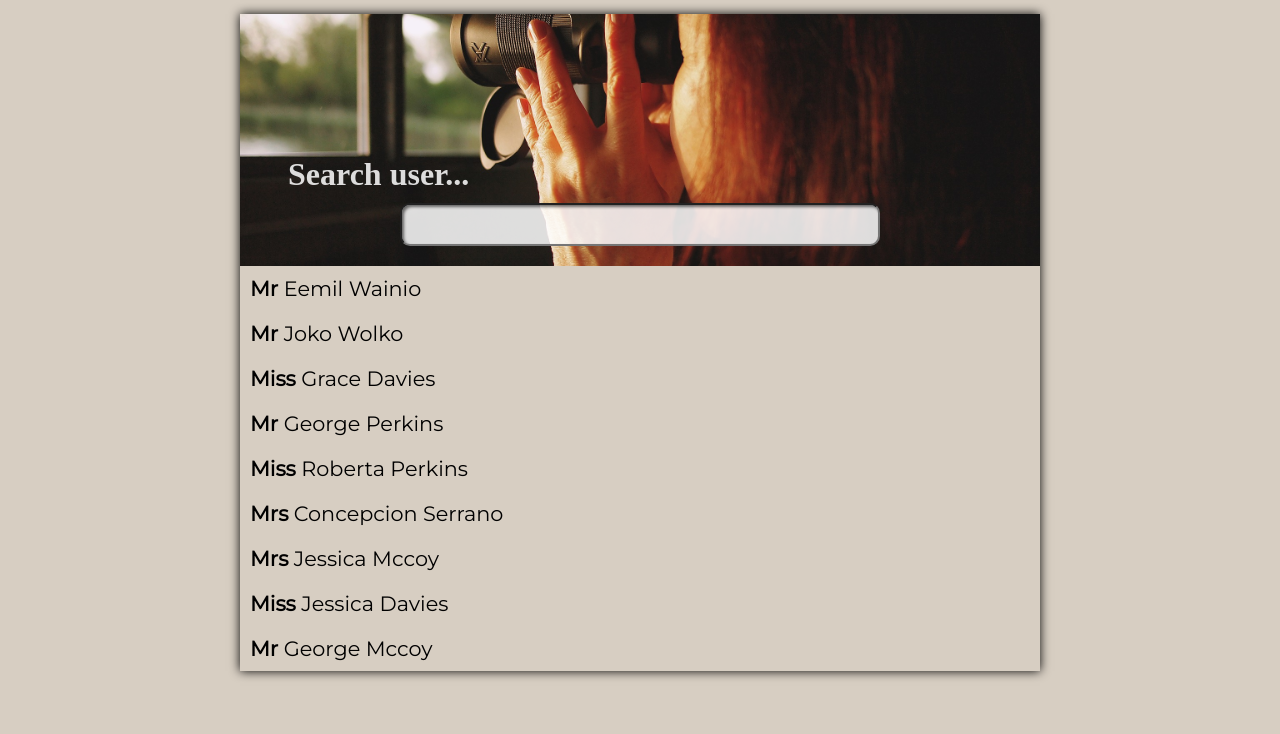
Repository: KrzysKolo/sr_tydzien5_zad4
Page: /
These files come from the project's save history. The page is drawn as it stood at one moment and after the next save; the edit follows.
The browser window is 1280 px wide. The pictures show the whole page.
Some web fonts or font styles are not loaded; a fallback is used. The project was rebuilt for these pictures with package versions that can differ from the ones it lists, and the page was loaded fresh each time.

Above is the page before, as saved 2021-01-03 06:22:44.

### public/index.html
<!DOCTYPE html>
<html lang="en">
  <head>
    <meta charset="utf-8" />
    <link rel="icon" href="%PUBLIC_URL%/favicon.ico" />
    <meta name="viewport" content="width=device-width, initial-scale=1" />
    <meta name="theme-color" content="#000000" />
    <meta
      name="description"
      content="Web site created using create-react-app"
    />
    <link rel="apple-touch-icon" href="%PUBLIC_URL%/logo192.png" />
    <!--
      manifest.json provides metadata used when your web app is installed on a
      user's mobile device or desktop. See https://developers.google.com/web/fundamentals/web-app-manifest/
    -->
    <link rel="manifest" href="%PUBLIC_URL%/manifest.json" />
    <!--
      Notice the use of %PUBLIC_URL% in the tags above.
      It will be replaced with the URL of the `public` folder during the build.
      Only files inside the `public` folder can be referenced from the HTML.

      Unlike "/favicon.ico" or "favicon.ico", "%PUBLIC_URL%/favicon.ico" will
      work correctly both with client-side routing and a non-root public URL.
      Learn how to configure a non-root public URL by running `npm run build`.
    -->
    <link rel="preconnect" href="https://fonts.gstatic.com">
<link href="https://fonts.googleapis.com/css2?family=Finger+Paint&family=Montserrat&family=Over+the+Rainbow&family=Peralta&display=swap" rel="stylesheet">
    <title>User search</title>
  </head>
  <body>
    <noscript>You need to enable JavaScript to run this app.</noscript>
    <div id="root"></div>
    <!--
      This HTML file is a template.
      If you open it directly in the browser, you will see an empty page.

      You can add webfonts, meta tags, or analytics to this file.
      The build step will place the bundled scripts into the <body> tag.

      To begin the development, run `npm start` or `yarn start`.
      To create a production bundle, use `npm run build` or `yarn build`.
    -->
  </body>
</html>

### src/App.js
import React from 'react';
import UsersContainer from './components/UsersContainer';
import Header from './components/Header';
import './App.css';


const App = () => {

  return (
    <section>
      <Header />
      <UsersContainer/>
    </section>
  )
}

export default App;

### src/components/UsersContainer.js
import React, { useState, useEffect } from 'react';


const UsersContainer = () => {

  const UsersAPI = '/users.json';

  const [ users, setUsers ] = useState([]);

  useEffect(() => {

    fetch(UsersAPI)
      .then(res => res.json())
      .then(data => {
        console.log(data.users);
        setUsers(data.users);
      })
    }, []);

    const user = users.map(user => (
      <li className="user" key={user.id}><b>{user.title}</b> {user.first} {user.last}</li>
    ))
    return (
        <ul>
					{user}
        </ul>
    )
}

export default UsersContainer;

### src/components/Header.js
import React from 'react';

const Header = () => {
    return (
        <div className="header__section">
            <h1 className="header__title">Search user...</h1>
            <div className="header__search-wrapper">
                <input className="header__search" type="text" />
            </div>
        </div>
    )
}

export default Header;

### src/App.css
* {
  box-sizing: border-box;
  padding: 0;
  margin: 0;
}
body {
  height: 100vh;
  width: 100vw;
  background-color: rgba(206, 194, 179, 0.8);
}
section {
  margin: 2vh auto;
  width: 70%;
  max-width: 800px;
  display: flex;
  flex-direction: column;
  box-shadow: 0 0 10px #000;
}
.header__section {
  height: 35vh;
  background-image: url("./images/girl.jpg");
  background-position: center;
  background-size: cover;
  display: flex;
  flex-direction: column;
  justify-content: flex-end;
}
.header__title {
  font-size: 2rem;
  font-family: "Peralta", cursive;
  margin: 0 auto 10px 3rem;
  color: rgba(255, 255, 255, 0.85);
}
.header__search-wrapper {
  width: 100%;
  margin-bottom: 20px;
  display: flex;
  justify-content: center;
}
.header__search {
  padding: 8px 10px;
  width: 60%;
  border-radius: 10px;
  background-color: rgba(255, 255, 255, 0.85);
  box-shadow: inset 2px 2px 3px 0px rgba(0, 0, 0, 0.55);
  font-size: 20px;
}
.user {
  font-size: 1.3rem;
  font-family: "Montserrat", sans-serif;
  padding: 10px;
  list-style: none;
}
.user:nth-child(odd) {
}

### public/users.json
{
    "users": [
      {
        "id": 1,
        "title": "Mr",
        "first": "Eemil",
        "last": "Wainio"
       },
      {
        "id": 2,
        "title": "Mr",
        "first": "Joko",
        "last": "Wolko"
      },
      {
        "id": 3,
        "title": "Miss",
        "first": "Grace",
        "last": "Davies"
      },
      {
        "id": 4,
        "title": "Mr ",
        "first": "George ",
        "last": "Perkins"
      },
      {
        "id": 5,
        "title": "Miss",
        "first": "Roberta ",
        "last": "Perkins"
      },
      {
        "id": 6,
        "title": "Mrs ",
        "first": "Concepcion ",
        "last": "Serrano"
      },
      {
        "id": 7,
        "title": "Mrs ",
        "first": "Jessica ",
        "last": "Mccoy"
      },
      {
        "id": 8,
        "title": "Miss",
        "first": "Jessica",
        "last": "Davies"
      },
      {
        "id": 9,
        "title": "Mr",
        "first": "George",
        "last": "Mccoy"
      }
    ]
  }

Loaded but not shown: src/index.js (common file)

After the next save:
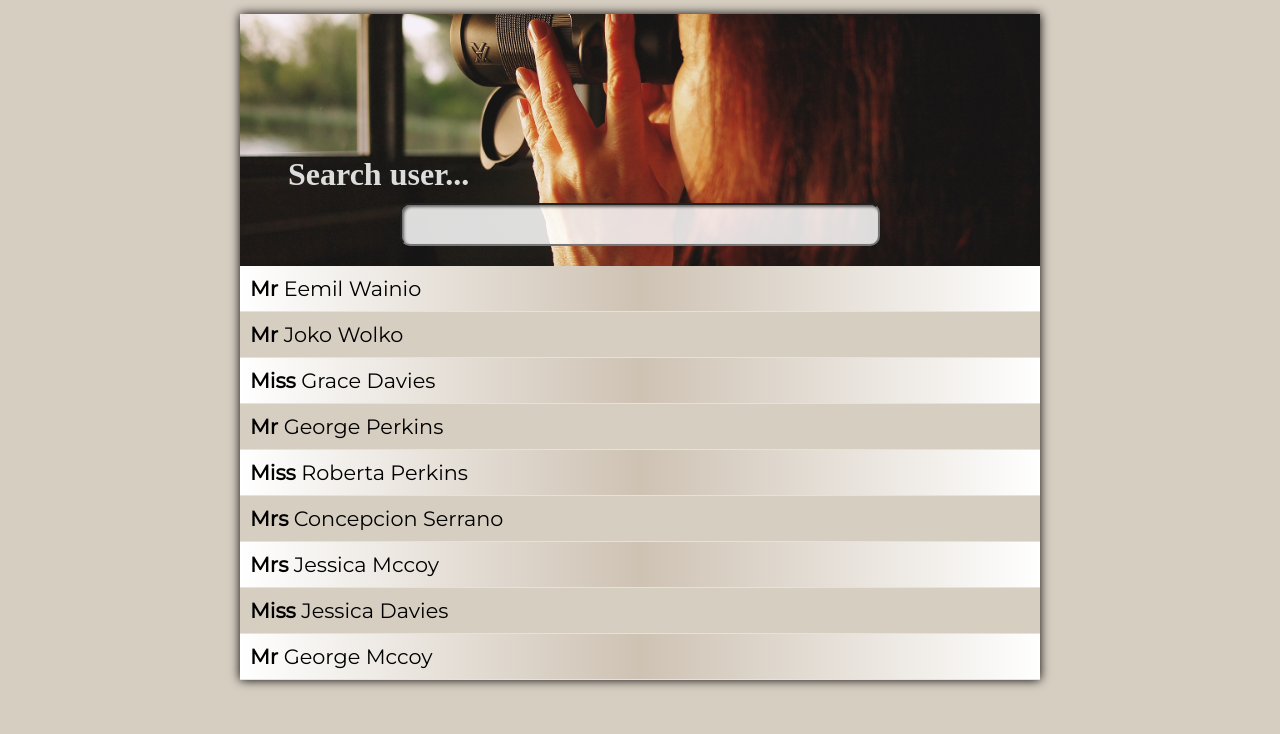
Saved 17 s later.
--- a/src/App.css
+++ b/src/App.css
@@ -50,6 +50,13 @@ section {
   font-family: "Montserrat", sans-serif;
   padding: 10px;
   list-style: none;
+  border-bottom: 1px solid rgb(226, 226, 226);
 }
 .user:nth-child(odd) {
+  background: linear-gradient(
+    90deg,
+    rgba(255, 255, 255, 1) 0%,
+    rgba(206, 194, 179, 1) 50%,
+    rgba(255, 255, 255, 1) 100%
+  );
 }
